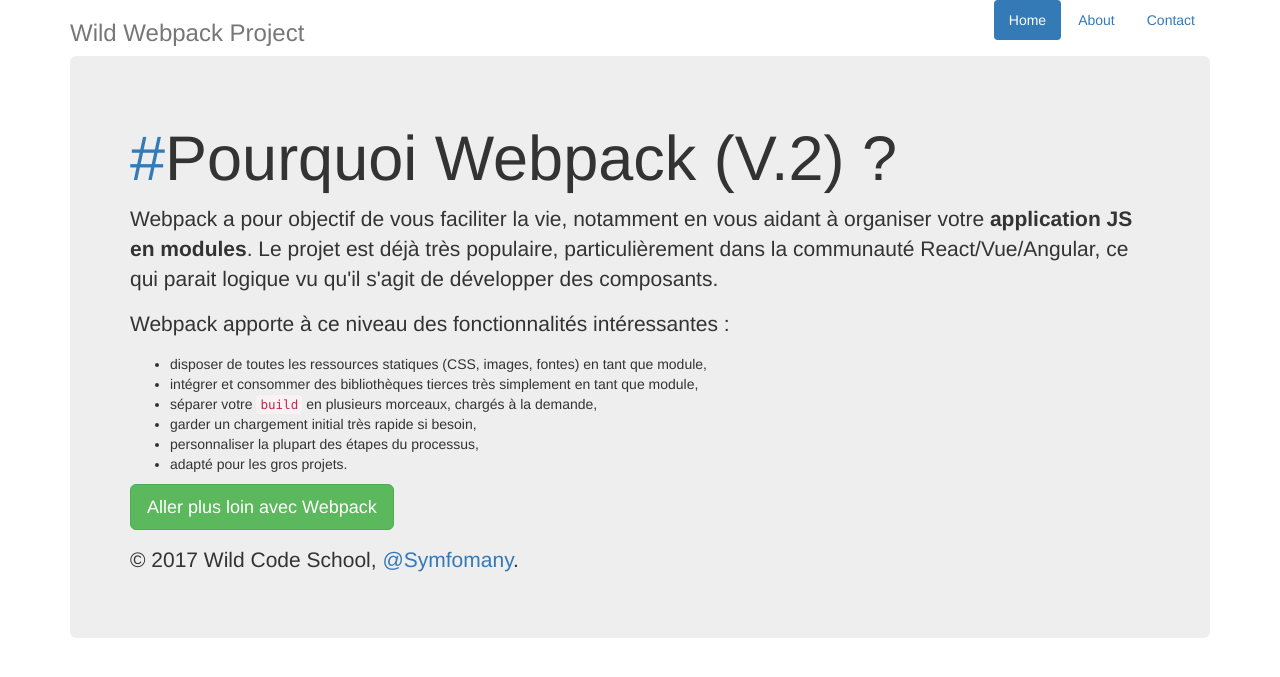
Repository: Symfomany/wildwebpack
Page: src/index.html
The author's editor kept a copy of each file at every save. The page is drawn from the files as they stood at one save, then again after the next save.
The browser window is 1280 px wide. The pictures show the whole page.

Above is the page before, as saved 2017-03-03 07:48:03.

### src/index.html
<!doctype html>
<html lang="fr">
<head>
  <meta charset="utf-8">
  <meta name="viewport" content="width=device-width, initial-scale=1">
  <title>Wild Webpack 2.0</title>
  <!--cdn Boostrap-->
  <link rel="stylesheet" type="" href="https://maxcdn.bootstrapcdn.com/bootstrap/3.3.7/css/bootstrap.min.css">
  <link href='http://fonts.googleapis.com/css?family=Roboto' rel='stylesheet' type='text/css'>

</head>
<body>
 <div class="container">
      <div class="header clearfix">
        <nav>
          <ul class="nav nav-pills pull-right">
            <li role="presentation" class="active"><a href="#">Home</a></li>
            <li role="presentation"><a href="#">About</a></li>
            <li role="presentation"><a href="#">Contact</a></li>
          </ul>
        </nav>
        <h3 class="text-muted">Wild Webpack Project</h3>
      </div>

      <div class="jumbotron">
        <div class="phenomic-BodyContainer" data-reactid="57"><h1 id="pourquoi-webpack-"><a href="#pourquoi-webpack-" class="phenomic-HeadingAnchor">#</a>Pourquoi Webpack (V.2) ?</h1>
          <p>Webpack a pour objectif de vous faciliter la vie, notamment en vous aidant à
          organiser votre <b>application JS en modules</b></a>.
          Le projet est déjà très populaire, particulièrement dans la communauté React/Vue/Angular, ce qui
          parait logique vu qu'il s'agit de développer des composants.</p>
          <p>Webpack apporte à ce niveau des fonctionnalités intéressantes :</p>
          <ul>
          <li>disposer de toutes les ressources statiques (CSS, images, fontes) en tant que
          module,</li>
          <li>intégrer et consommer des bibliothèques tierces très simplement en tant
          que module,</li>
          <li>séparer votre <code>build</code> en plusieurs morceaux, chargés à la demande,</li>
          <li>garder un chargement initial très rapide si besoin,</li>
          <li>personnaliser la plupart des étapes du processus,</li>
          <li>adapté pour les gros projets.</li>
          </ul>
        <p><a class="btn btn-lg btn-success" href="https://webpack.js.org/concepts/" role="button">Aller plus loin avec Webpack</a></p>
      </div>


      <footer class="footer">
        <p>© 2017 Wild Code School, <a href="https://twitter.com/Symfomany?lang=fr">@Symfomany</a>.</p>
      </footer>

    </div>
</body>
</html>

After the next save:
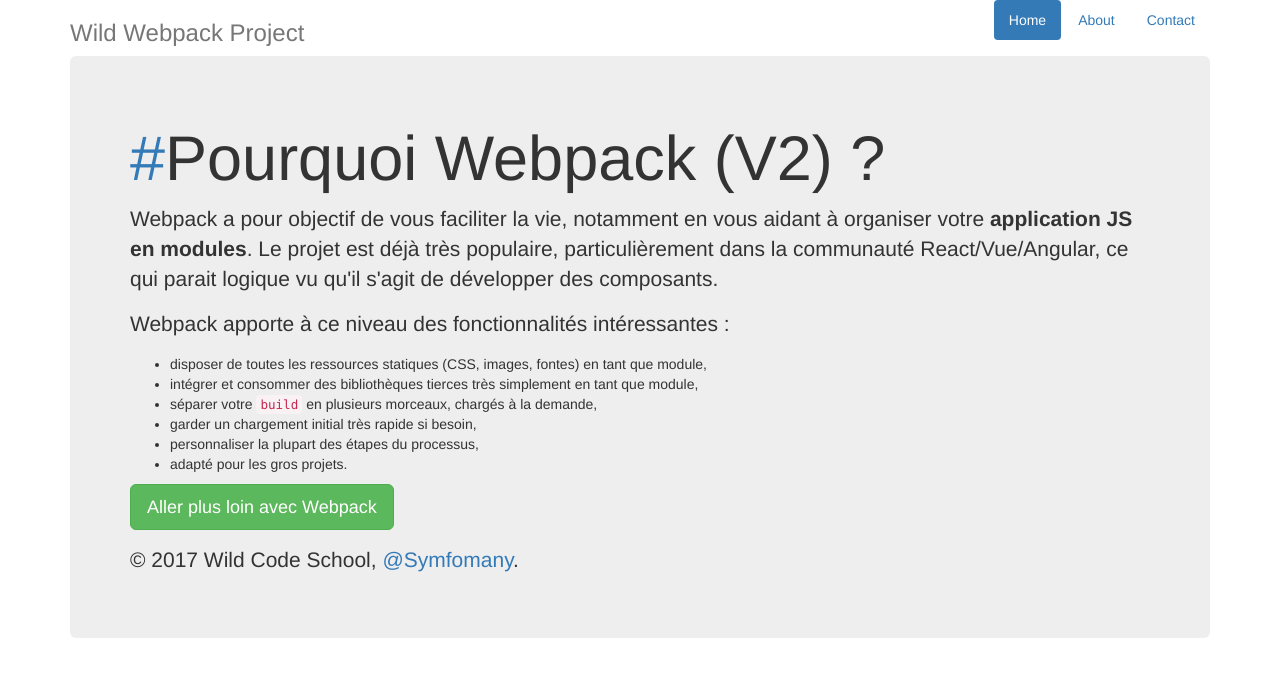
Saved 5 s later.
--- a/src/index.html
+++ b/src/index.html
@@ -23,7 +23,7 @@
       </div>
 
       <div class="jumbotron">
-        <div class="phenomic-BodyContainer" data-reactid="57"><h1 id="pourquoi-webpack-"><a href="#pourquoi-webpack-" class="phenomic-HeadingAnchor">#</a>Pourquoi Webpack (V.2) ?</h1>
+        <div class="phenomic-BodyContainer" data-reactid="57"><h1 id="pourquoi-webpack-"><a href="#pourquoi-webpack-" class="phenomic-HeadingAnchor">#</a>Pourquoi Webpack (V2) ?</h1>
           <p>Webpack a pour objectif de vous faciliter la vie, notamment en vous aidant à
           organiser votre <b>application JS en modules</b></a>.
           Le projet est déjà très populaire, particulièrement dans la communauté React/Vue/Angular, ce qui
